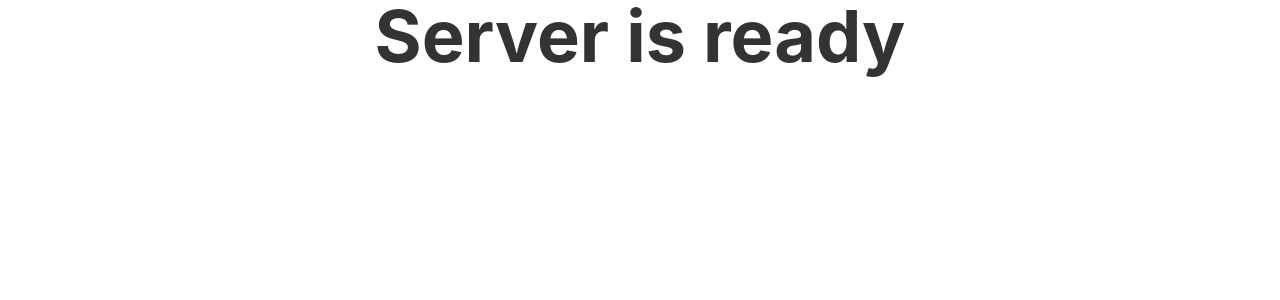
Repository: Devloper-solaiman/University-Of-Dhaka
Page: /
The author's editor kept a copy of each file at every save. The page is drawn from the files as they stood at one save, then again after the next save.
The browser window is 1280 px wide. The pictures show the whole page.
The project was rebuilt for these pictures with package versions that can differ from the ones it lists, and the page was loaded fresh each time.

Above is the page before, as saved 2023-02-14 09:41:11.

After the next save:
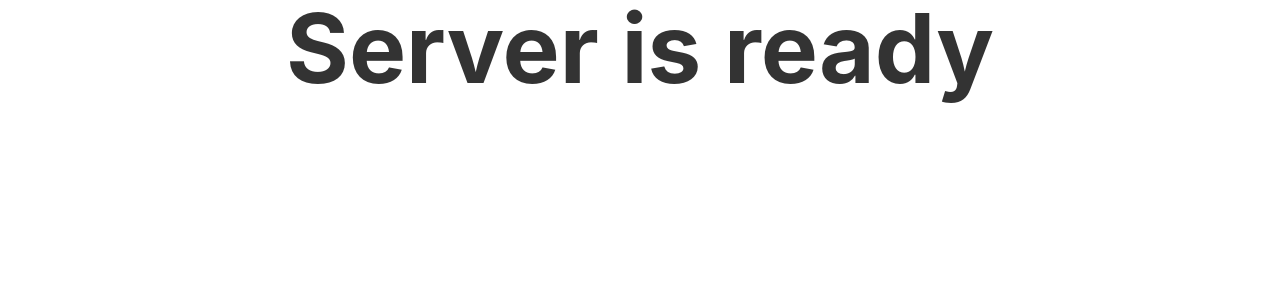
Saved 5 s later.
--- a/src/App.js
+++ b/src/App.js
@@ -4,7 +4,7 @@ import './App.css';
 function App() {
   return (
     <div className="App">
-      <h1 className='text-7xl font-bold'>Server is ready</h1>
+      <h1 className='text-8xl font-bold'>Server is ready</h1>
     </div>
   );
 }
